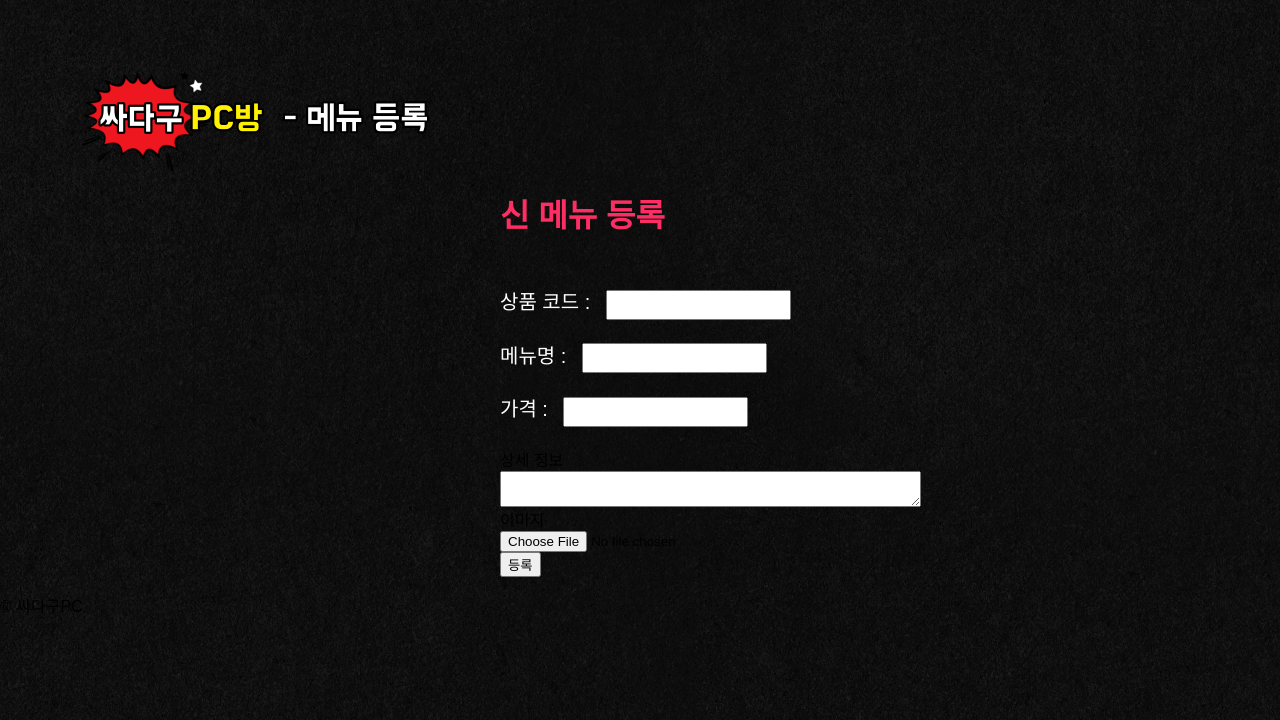
Repository: lkwoung/webProject-assignment
Page: http://localhost/CheapPC/addMenu.jsp
These files come from the project's save history. The page is drawn as it stood at one moment and after the next save; the edit follows.
The browser window is 1280 px wide. The pictures show the whole page.
Some web fonts or font styles are not loaded; a fallback is used. The page is served by Tomcat 9. Other server files are loaded and not shown.

Above is the page before, as saved 2020-12-13 14:53:38.

### CheapPC/WebContent/addMenu.jsp
<%@ page contentType="text/html; charset=utf-8" %>
<html>

<head>
<link href="https://fonts.googleapis.com/earlyaccess/hanna.css" rel="stylesheet" type="text/css" />
<link rel="stylesheet" href="css/addMenu.css">
<title>메뉴 추가</title>
</head>
<body>
<div style="margin-top:190px; margin-left:500px;" >
<h1 style="color:#FE2E64; margin-bottom:50px;">신 메뉴 등록 </h1>
	<form name = "newProduct" action="./processAddBook.jsp" method = "post">
	<div style="color:#fff; font-size:20px;">
		<label >상품 코드  :</label>
			<input type="text" style="margin-left:10px; height:30px; margin-bottom:20px;"name="FoodId" class="form-control">
	</div>
<div style="color:#fff; font-size:20px;">
		<label >메뉴명  :</label>
			<input type="text" style="margin-left:10px; height:30px;margin-bottom:20px;"name="name" class="form-control">
	</div>

	<div style="color:#fff; font-size:20px;">
		<label >가격 : </label>

			<input type="text" style="margin-left:10px; height:30px; margin-bottom:20px;"name="price" class="form-control">

	</div>

	<div class="form-group row">
		<label class="col-sm-2">상세 정보</label>
		<div class = "col-sm-5">
			<textarea name = "description" cols="50" rows="2"
			class="form-control"></textarea>
		</div>
	</div>

	<div class="form-group row">
		<label class="col-sm-2">이미지</label>
		<div class = "col-sm-5">
			<input type = "file" name = "productImage" class="form-control">
		</div>
	</div>


	<div class="form-group row">
		<div class = "col-sm-offset-2 col-sm-10">
			<input type="submit" name="btn btn-primary" value="등록">
		</div>
	</div>


	</form>
</div>



<footer class="container">
<p>&copy; 싸다구PC</p>
</footer>
</body>

</html>

### CheapPC/WebContent/css/addMenu.css
body
{
	background: url(image/menu.png) no-repeat center center fixed;
	-webkit-background-size: cover;
	-moz-background-size: cover;
	-o-background-size: cover;
	background-size: cover;
    margin: 0;
    font-size: 16px;
    font-family:'Hanna', sans-serif;
    -webkit-font-smoothing: antialiased;
}

After the next save:
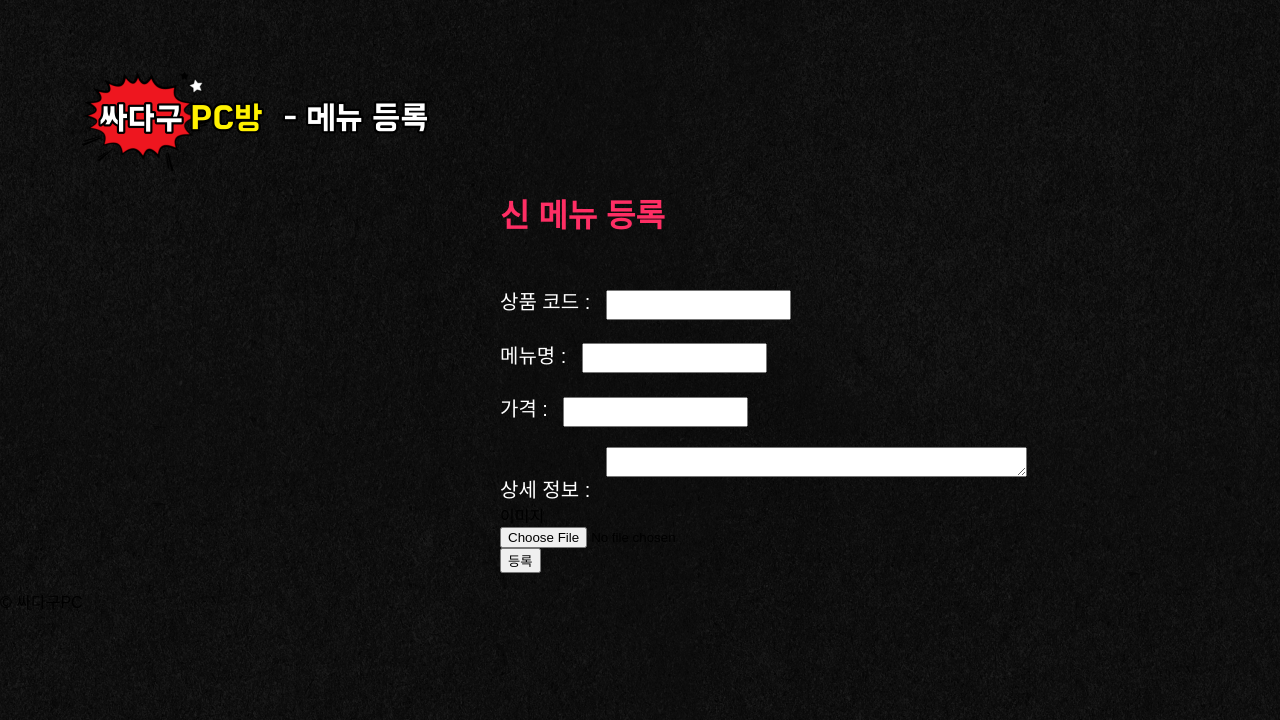
Saved 10 min 18 s later.
--- a/CheapPC/WebContent/addMenu.jsp
+++ b/CheapPC/WebContent/addMenu.jsp
@@ -25,14 +25,12 @@
 			<input type="text" style="margin-left:10px; height:30px; margin-bottom:20px;"name="price" class="form-control">
 
 	</div>
+	<div style="color:#fff; font-size:20px;">
+		<label >상세 정보 : </label>
+		<textarea name = "description" style="margin-left:10px; height:30px; margin-bottom:20px;" cols="50" rows="2"></textarea>
 
-	<div class="form-group row">
-		<label class="col-sm-2">상세 정보</label>
-		<div class = "col-sm-5">
-			<textarea name = "description" cols="50" rows="2"
-			class="form-control"></textarea>
-		</div>
 	</div>
+
 
 	<div class="form-group row">
 		<label class="col-sm-2">이미지</label>

After the save that followed:
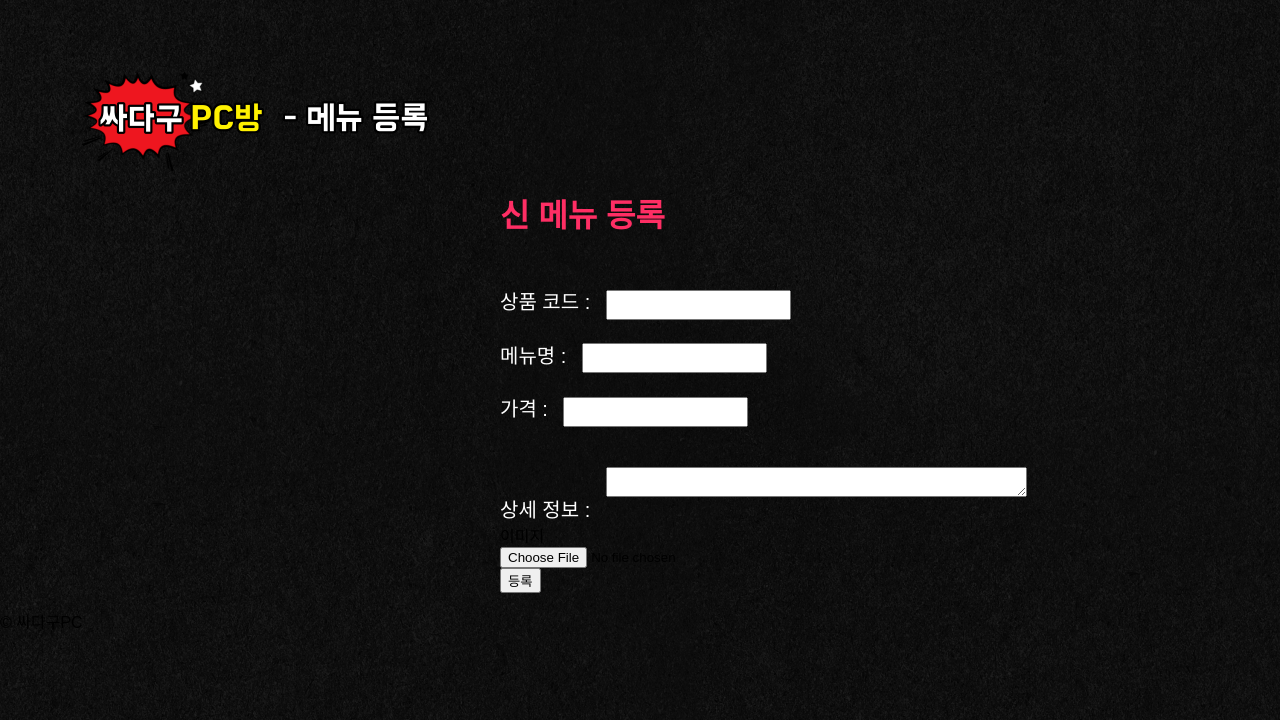
Saved 95 s later.
--- a/CheapPC/WebContent/addMenu.jsp
+++ b/CheapPC/WebContent/addMenu.jsp
@@ -25,7 +25,7 @@
 			<input type="text" style="margin-left:10px; height:30px; margin-bottom:20px;"name="price" class="form-control">
 
 	</div>
-	<div style="color:#fff; font-size:20px;">
+	<div style="color:#fff; font-size:20px; margin-top:20px;" >
 		<label >상세 정보 : </label>
 		<textarea name = "description" style="margin-left:10px; height:30px; margin-bottom:20px;" cols="50" rows="2"></textarea>
 
